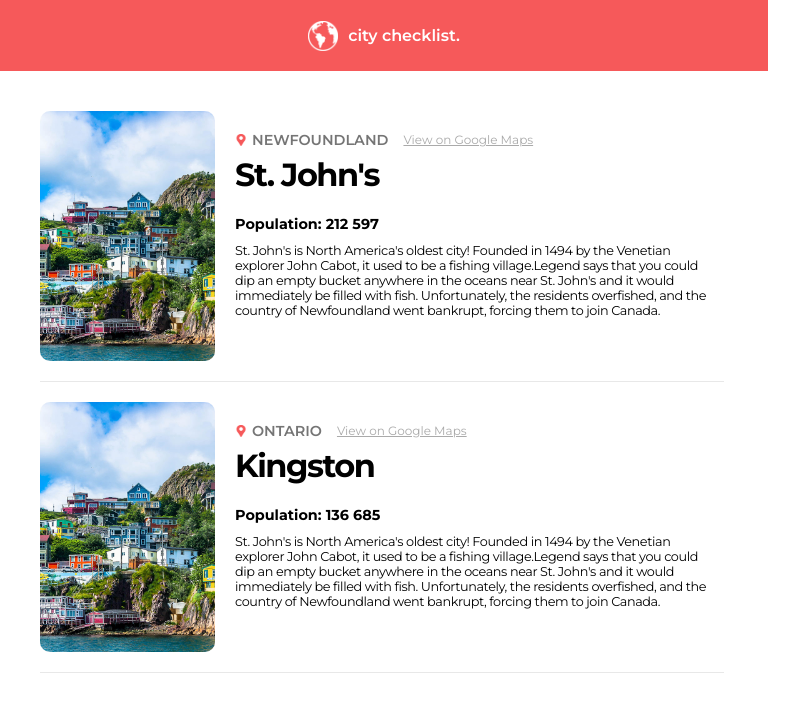
Repository: jsong552/my-city-checklist
Page: /
These files come from the project's save history. The page is drawn as it stood at one moment and after the next save; the edit follows.
The browser window is 768 px wide. The page is 768 px wide, then 788 px, so the pictures cover 788 px, including what lies to the right of the window. The pictures show the whole page.
The project was rebuilt for these pictures with package versions that can differ from the ones it lists, and the page was loaded fresh each time. Imported but missing from the stored project, and not drawn on this page: src/reportWebVitals.

Above is the page before, as saved 2023-12-29 19:30:44.

### public/index.html
<!DOCTYPE html>
<html lang="en">
  <head>
    <meta charset="utf-8" />
    <link rel="preconnect" href="https://fonts.googleapis.com">
    <link rel="preconnect" href="https://fonts.gstatic.com" crossorigin>
    <link href="https://fonts.googleapis.com/css2?family=Inter:wght@400;600;700&family=Montserrat:wght@200;300;400;500;600;700&display=swap" rel="stylesheet">
    <link rel="icon" href="%PUBLIC_URL%/favicon.ico" />
    <meta name="viewport" content="width=device-width, initial-scale=1" />
    <meta name="theme-color" content="#000000" />
    <meta
      name="description"
      content="Web site created using create-react-app"
    />
    <link rel="apple-touch-icon" href="%PUBLIC_URL%/logo192.png" />
    <!--
      manifest.json provides metadata used when your web app is installed on a
      user's mobile device or desktop. See https://developers.google.com/web/fundamentals/web-app-manifest/
    -->
    <link rel="manifest" href="%PUBLIC_URL%/manifest.json" />
    <!--
      Notice the use of %PUBLIC_URL% in the tags above.
      It will be replaced with the URL of the `public` folder during the build.
      Only files inside the `public` folder can be referenced from the HTML.

      Unlike "/favicon.ico" or "favicon.ico", "%PUBLIC_URL%/favicon.ico" will
      work correctly both with client-side routing and a non-root public URL.
      Learn how to configure a non-root public URL by running `npm run build`.
    -->
    <title>React App</title>
  </head>
  <body>
    <noscript>You need to enable JavaScript to run this app.</noscript>
    <div id="root"></div>
    <!--
      This HTML file is a template.
      If you open it directly in the browser, you will see an empty page.

      You can add webfonts, meta tags, or analytics to this file.
      The build step will place the bundled scripts into the <body> tag.

      To begin the development, run `npm start` or `yarn start`.
      To create a production bundle, use `npm run build` or `yarn build`.
    -->
  </body>
</html>

### src/index.css
body {
    margin: 0px;
}

.navbar {
    display: flex;
    align-items: center;
    padding: 10px;
    justify-content: center;
    background-color: #F6595A;
}

.navbar img {
    width: 30px;
    margin-right: 10px;
}

.navbar p {
    color: white;
    font-family: Montserrat;
    font-weight: 600;
}

/* card styles */

.cardsContainer {
    margin-left: 40px;
    margin-top: 20px;
}

.card {
    padding-top: 20px;
    padding-bottom: 20px;
    border-bottom: 1px solid #bbbbbb55;
    display: flex;
    font-family: Montserrat;
    width: 94%;
}

.imageOfLocation {
    height: 250px;
    width: 175px;
    border-radius: 10px;
    object-fit: cover;
}

.cardInfo {
    margin-left: 20px;
    padding-top: 20px;
    width: 69%;
}

.locationMarker {
    width: 12px;
    margin-right: 5px;
}

.cardLocation * {
    display: inline;
}

.cardLocation h4 {
    font-weight: 600;
    font-size: 0.9rem;
    position: relative;
    bottom: 1px;
    text-transform: uppercase;
    color: #757575;
}

.cardLocation a {
    font-size: 0.75rem;
    position: relative;
    bottom: 2px;
    color: #aaaaaa;
    margin-left: 15px;
}

.cardInfo h1 {
    margin-top: 5px;
    letter-spacing: -1.5px;
}

.cardInfo h3 {
    font-size: 0.9rem;
    margin-bottom: 10px;
}

.cardInfo p {
    margin-top: 0px;
    font-size: 0.8rem;
    letter-spacing: -0.4px;
}

### src/App.js
import React from "react";
import Navbar from "./components/Navbar.js";
import Card from "./components/Card.js";
import data from "./data/cardData.js"

let allCards = data.map((data) => {
    return <Card
                key={data.id}
                info={data}
            />
    }
)

export default function App() {
    return (
        <div className="container">
            <Navbar />
            <div className="cardsContainer">
                {allCards}
            </div>
        </div>
    )
}

### src/components/Navbar.js
import React from "react";

export default function Navbar() {
    return (
        <nav className="navbar">
            <img src={require('../images/logo.png')} alt="logo"/>
            <p>city checklist.</p>
        </nav>
    )
}

### src/components/Card.js
import React from "react";

export default function Card(props) {
    return (
        <div className="card">
            <img className="imageOfLocation" src={require('../images/stjohns.jpg')} alt="St. Johns Downtown" />
            <div className="cardInfo">
                <span className="cardLocation">
                    <img className="locationMarker" src={require('../images/location-marker.png')} />
                    <h4>{props.info.province}</h4>
                    <a href={props.info.link}>View on Google Maps</a>
                </span>
                <h1>{props.info.city}</h1>
                <h3>Population: {props.info.population}</h3><p>{props.info.desc}
                </p>
            </div>
        </div>
    )
}

### src/data/cardData.js
export default [
    {
        id: 1,
        province: "newfoundland",
        image: "../images/stjohns.jpg",
        city: "St. John's",
        population: "212 597",
        desc: "St. John's is North America's oldest city! Founded in 1494 by the Venetian explorer John Cabot, it used to be a fishing village.Legend says that you could dip an empty bucket anywhere in the oceans near St. John's and it would immediately be filled with fish. Unfortunately, the residents overfished, and the country of Newfoundland went bankrupt, forcing them to join Canada.",
        link: "https://www.google.com/maps/place/St.+John's,+NL/@47.4825126,-52.9947887,11z/data=!3m1!4b1!4m6!3m5!1s0x4b0ca38e6b0aa261:0x9e1fd4001f12261f!8m2!3d47.5556097!4d-52.7452511!16zL20vMGo4cDY?hl=en&entry=ttu",
    },
    {
        id: 2,
        province: "Ontario",
        city: "Kingston",
        image: "../images/stjohns.jpg",
        population: "136 685",
        desc: "St. John's is North America's oldest city! Founded in 1494 by the Venetian explorer John Cabot, it used to be a fishing village.Legend says that you could dip an empty bucket anywhere in the oceans near St. John's and it would immediately be filled with fish. Unfortunately, the residents overfished, and the country of Newfoundland went bankrupt, forcing them to join Canada.",
        link: "https://www.google.com/maps/place/St.+John's,+NL/@47.4825126,-52.9947887,11z/data=!3m1!4b1!4m6!3m5!1s0x4b0ca38e6b0aa261:0x9e1fd4001f12261f!8m2!3d47.5556097!4d-52.7452511!16zL20vMGo4cDY?hl=en&entry=ttu",
    },
]

Loaded but not shown: src/index.js (common file)

After the next save:
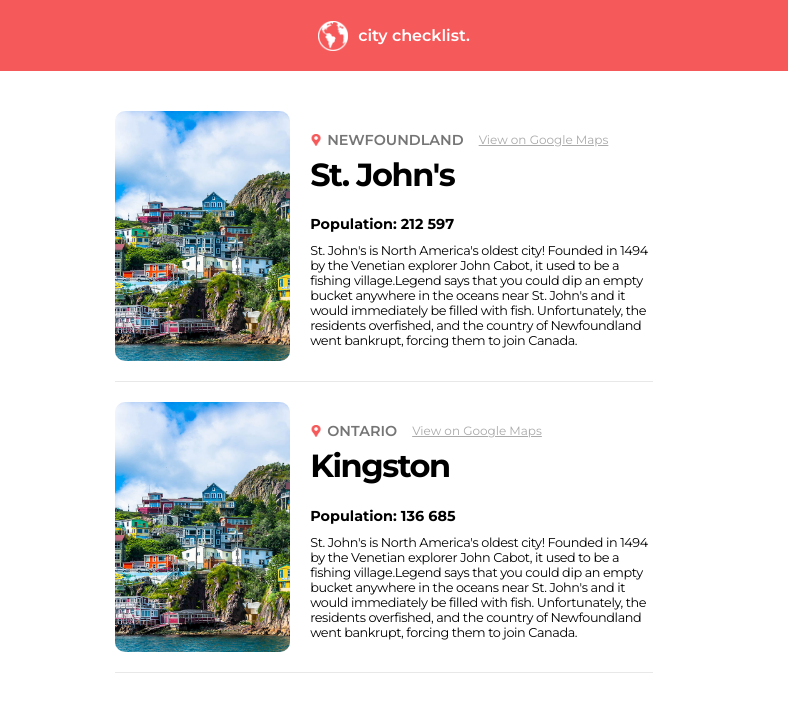
Saved 61 min 31 s later.
--- a/src/index.css
+++ b/src/index.css
@@ -4,10 +4,12 @@ body {
 
 .navbar {
     display: flex;
+    width: 100%;
     align-items: center;
     padding: 10px;
     justify-content: center;
     background-color: #F6595A;
+    flex: 1;
 }
 
 .navbar img {
@@ -24,17 +26,17 @@ body {
 /* card styles */
 
 .cardsContainer {
-    margin-left: 40px;
     margin-top: 20px;
 }
 
 .card {
+    margin: auto;
     padding-top: 20px;
     padding-bottom: 20px;
     border-bottom: 1px solid #bbbbbb55;
     display: flex;
     font-family: Montserrat;
-    width: 94%;
+    width: 70%;
 }
 
 .imageOfLocation {
@@ -47,7 +49,7 @@ body {
 .cardInfo {
     margin-left: 20px;
     padding-top: 20px;
-    width: 69%;
+    width: 100%;
 }
 
 .locationMarker {
@@ -91,3 +93,15 @@ body {
     font-size: 0.8rem;
     letter-spacing: -0.4px;
 }
+
+@media (max-width: 768px) {
+    .card {
+        margin: auto;
+        padding-top: 20px;
+        padding-bottom: 20px;
+        border-bottom: 1px solid #bbbbbb55;
+        display: flex;
+        font-family: Montserrat;
+        width: 70%;
+    }
+}
